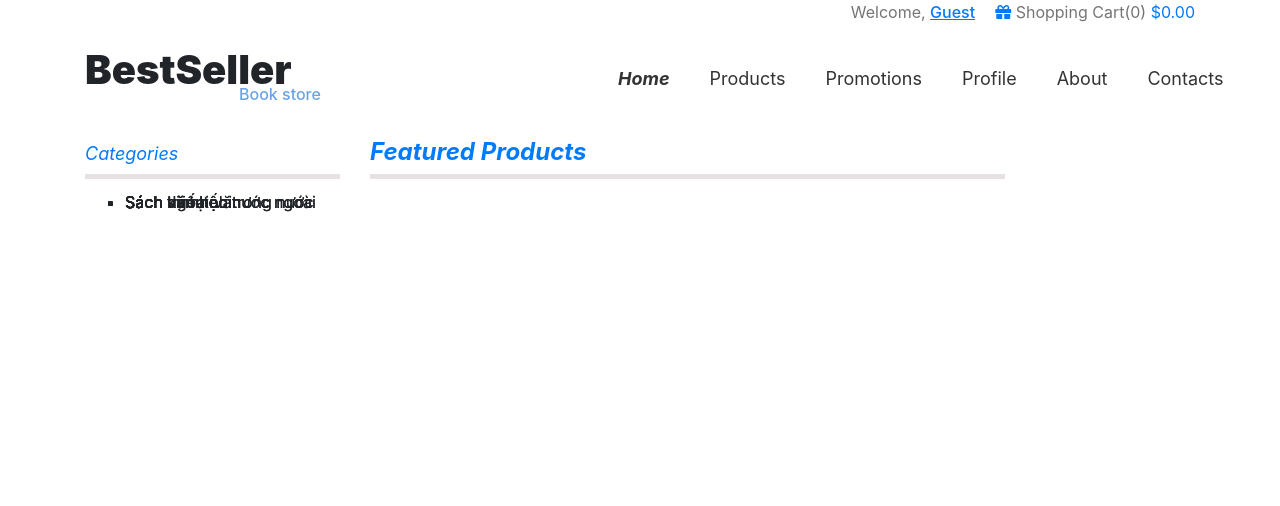
Repository: phunobi1807/BestSeller
Page: index.html
These files come from the project's save history. The page is drawn as it stood at one moment and after the next save; the edit follows.
The browser window is 1280 px wide. The pictures show the whole page.

Above is the page before, as saved 2021-06-28 23:14:31.

### index.html
<!DOCTYPE html>
<html lang="en">
<head>
    <meta charset="UTF-8">
    <meta http-equiv="X-UA-Compatible" content="IE=edge">
    <meta name="viewport" content="width=device-width, initial-scale=1.0">
    <title>BestSeller</title>
    <link rel="stylesheet" href="./css/style.css">
</head>
<body>
    <header id="header">
        <div class="container">
            <div class="top-header">
                <div class="top-nav">
                    <p class="top-nav__text">Welcome, <a href="#" class="top-nav__text-link">Guest</a></p>
                    <div class="top-nav__shopping-cart">
                        <i  class="top-nav__icon fas fa-gift"></i>
                        <span class="top-nav__cart">Shopping Cart(0) <a href="#">$0.00</a></span>
                    </div>
                </div>
                <div class="navigation">
                    <div class="row">
                        <div class="col-lg-4">
                            <div class="navigation-logo">
                                <div class="navigation-logo__text">
                                    <span class="navigation-logo__text-big">BestSeller</span>
                                    <span class="navigation-logo__text-small">Book store</span>
                                </div>
                            </div>
                        </div>
                        <div class="col-lg-6">
                           <ul class="navigation-menu">
                               <li class="navigation-menu__item navigation-menu__item--active" >Home</li>
                               <li class="navigation-menu__item">Products</li>
                               <li class="navigation-menu__item">Promotions</li>
                               <li class="navigation-menu__item">Profile</li>
                               <li class="navigation-menu__item">About</li>
                               <li class="navigation-menu__item">Contacts</li>
                           </ul>
                        </div>
                    </div>
                </div>
            </div>
        </div>
    </header>
    <div id="content">
        <div class="container">
            <div class="row">
                <div class="col-sm-3">
                    <div class="side-bar">
                        <p class="side-bar__title">
                            Categories
                        </p>
                        <ul class="side-bar__list side-bar__list--one">
                            <li class="side-bar__list-item">Sách ngoại văn</li>
                            <li class="side-bar__list-item">Sách kinh tế</li>
                            <li class="side-bar__list-item">Sách văn học trong nước</li>
                            <li class="side-bar__list-item">Sách văn học nước ngoài</li>
                            <li class="side-bar__list-item">Sách thiếu nhi</li>
                        </ul>
                        <ul class="side-bar__list side-bar__list--two">
                            <li class="side-bar__list-item">Sách ngoại văn</li>
                            <li class="side-bar__list-item">Sách kinh tế</li>
                            <li class="side-bar__list-item">Sách văn học trong nước</li>
                            <li class="side-bar__list-item">Sách văn học nước ngoài</li>
                            <li class="side-bar__list-item">Sách thiếu nhi</li>
                        </ul>
                    </div>
                </div>
                <div class="col-sm-7">
                    <div class="products">
                        <p class="product__title">
                            Featured Products
                        </p>
                    </div>
                </div>
            </div>
        </div>
    </div>
<link rel="stylesheet" href="https://use.fontawesome.com/releases/v5.15.3/css/all.css" integrity="sha384-SZXxX4whJ79/gErwcOYf+zWLeJdY/qpuqC4cAa9rOGUstPomtqpuNWT9wdPEn2fk" crossorigin="anonymous">
<link rel="stylesheet" href="https://maxcdn.bootstrapcdn.com/bootstrap/4.5.2/css/bootstrap.min.css">
<script src="https://ajax.googleapis.com/ajax/libs/jquery/3.5.1/jquery.min.js"></script>
<script src="https://cdnjs.cloudflare.com/ajax/libs/popper.js/1.16.0/umd/popper.min.js"></script>
<script src="https://maxcdn.bootstrapcdn.com/bootstrap/4.5.2/js/bootstrap.min.js"></script>
</body>
</html>

### css/style.css
@import url(https://fonts.googleapis.com/css2?family=Roboto:wght@100;200;300;400;500;600;800;900&display=swap);
:root {
    --color-primary: #007bff;
}

* {
    box-sizing: inherit;
}

html {
    box-sizing: border-box;
    margin: 0;
    font-family: 'Roboto', sans-serif;
}

/* top nav  */

.top-nav {
    display: flex;
    justify-content: flex-end;
}

.top-nav__text {
    padding: 0 20px;
}

.top-nav__text-link {
    font-weight: 500;
    text-decoration: underline;
}

.top-nav__text, .top-nav__cart {
    color: #767575;
}

.top-nav__icon {
    color: var(--color-primary);
}

/* logo-menu  */

.navigation-logo {
    position: relative;
}

.navigation-logo__text-big {
    font-size: 40px;
    font-weight: 900;
}

.navigation-logo__text-small {
    position: absolute;
    bottom: 0;
    left: 44%;
    top: 70%;
    color: #68a4e5;
    font-weight: 500;
}

/* Danh sach menu  */

.navigation-menu {
    display: flex;
    line-height: 78px;
    list-style: none;
    padding: 0 133px;
}

.navigation-menu__item--active {
    font-style: italic;
    font-weight: bold;
}

.navigation-menu__item {
    font-size: 18px;
    color: #333;
    margin: 0 20px;
}

/* Content  */

.side-bar__title {
    position: relative;
    color: var(--color-primary);
    line-height: 40px;
    font-size: 18px;
    font-style: italic;
}

.product__title {
    position: relative;
    color: var(--color-primary);
    font-weight: 700;
    font-style: italic;
    font-size: 24px;
}

.side-bar__title::after {
    position: absolute;
    content: "";
    left: 0;
    top: 40px;
    width: 100%;
    height: 5px;
    background-color: #e7e1e1;
}

.product__title::after {
    position: absolute;
    content: "";
    left: 0;
    top: 40px;
    width: 100%;
    height: 5px;
    background-color: #e7e1e1;
}

/* Side bar */

.side-bar__list {}

.side-bar__list-item {
    position: relative;
}

.side-bar__list-item {
    position: absolute;
    content: "";
}

After the next save:
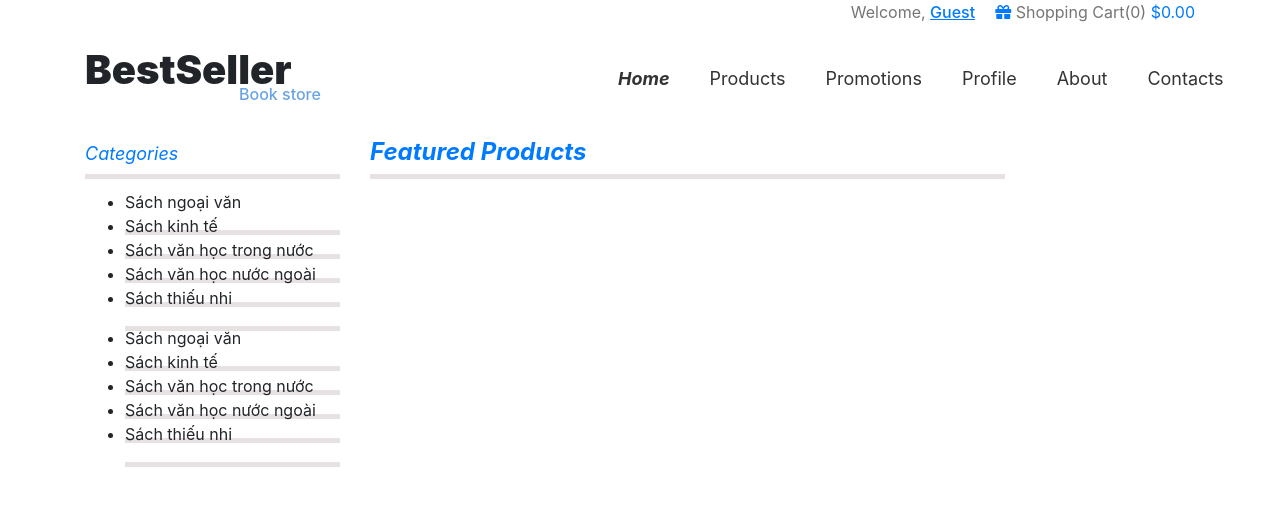
Saved 11 s later.
--- a/css/style.css
+++ b/css/style.css
@@ -123,7 +123,12 @@ html {
     position: relative;
 }
 
-.side-bar__list-item {
+.side-bar__list-item::after {
     position: absolute;
     content: "";
+    left: 0;
+    top: 40px;
+    width: 100%;
+    height: 5px;
+    background-color: #e7e1e1;
 }
